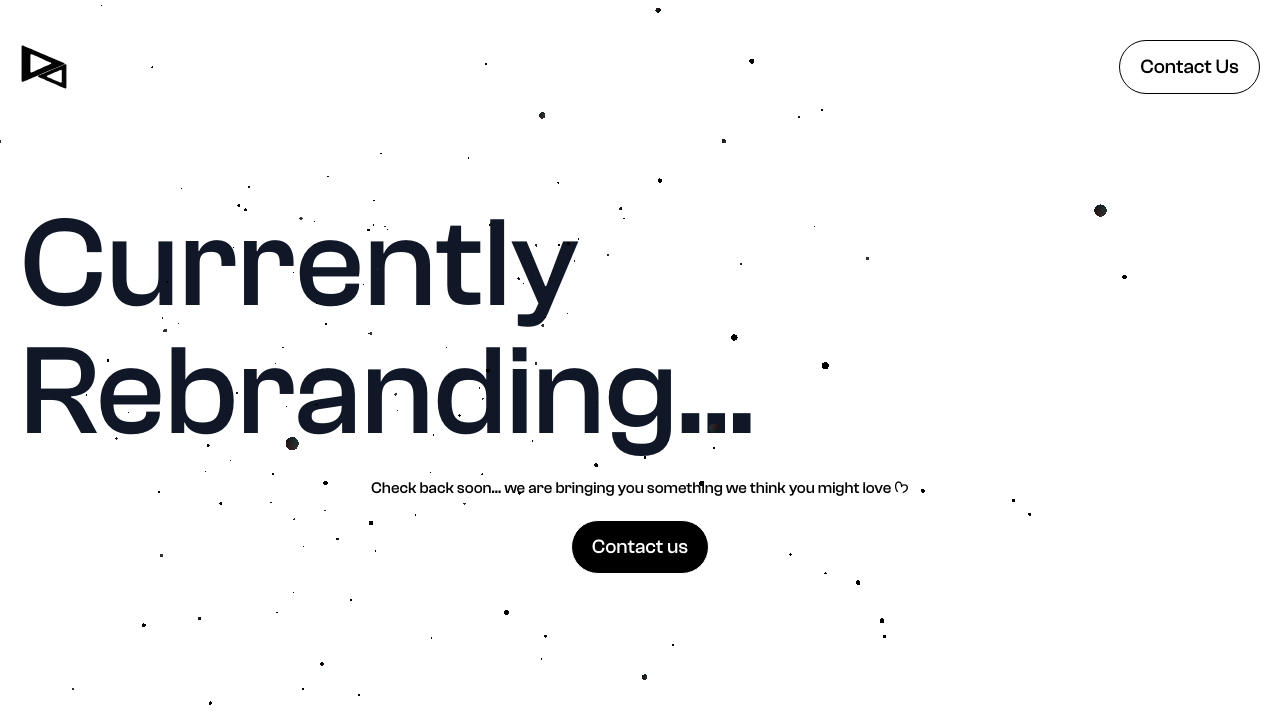
Repository: Cybugg/Nexxistudios-new
Page: /
The author's editor kept a copy of each file at every save. The page is drawn from the files as they stood at one save, then again after a run of saves.
The browser window is 1280 px wide. The pictures show the whole page.
The project was rebuilt for these pictures with package versions that can differ from the ones it lists, and the page was loaded fresh each time. The framework's server and built-in components were replaced by stand-ins that run in the browser. Also part of the build but not shown: next.config.mjs.

Above is the page before, as saved 2025-09-06 16:15:54.

After the next 2 saves:
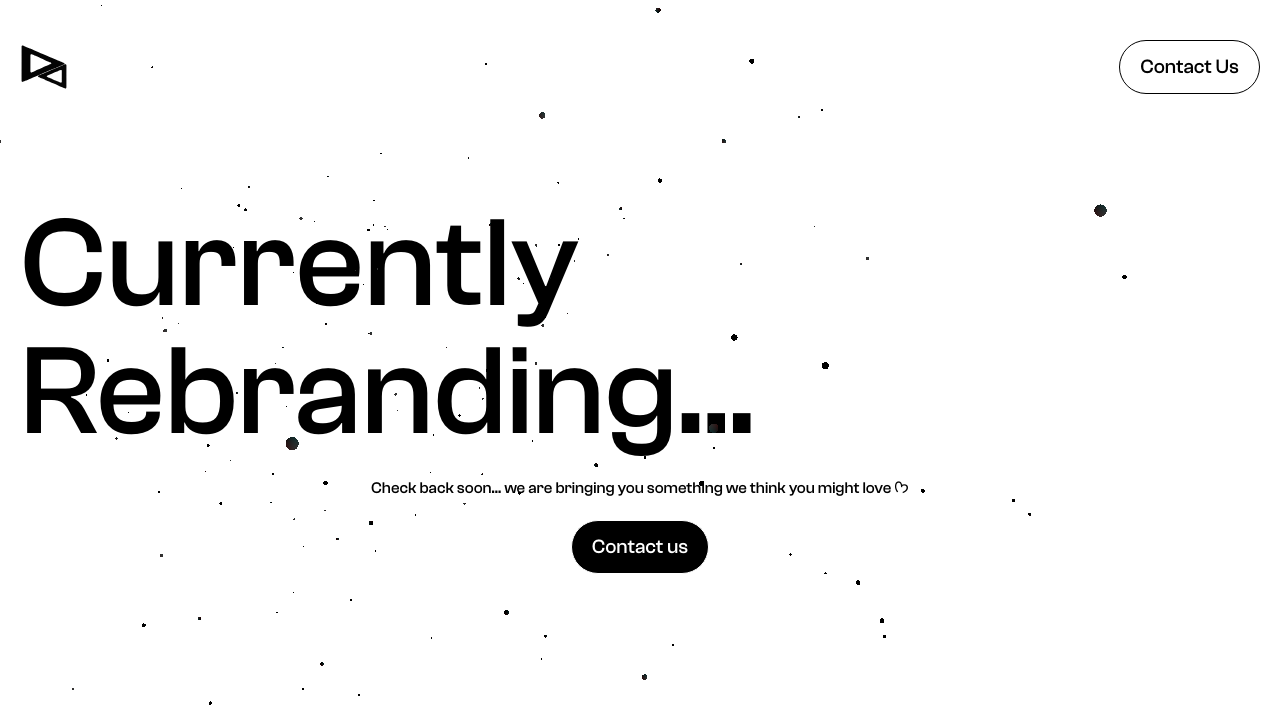
The 2 saves are shown as one change because they came seconds apart.
The last was saved 9 s later.
--- a/app/components/hero.js
+++ b/app/components/hero.js
@@ -10,7 +10,7 @@ function Hero() {
     <div className="flex flex-col items-center justify-center gap-5 w-full">
 
 {/* Main Text */}
-<h1 className=" text-black flex items-center justify-center text-gray-900  w-full   text-9xl ">
+<h1 className=" text-black flex items-center justify-cente  w-full   text-9xl ">
 Currently Rebranding...
 </h1>
 {/* Sub-text */}
